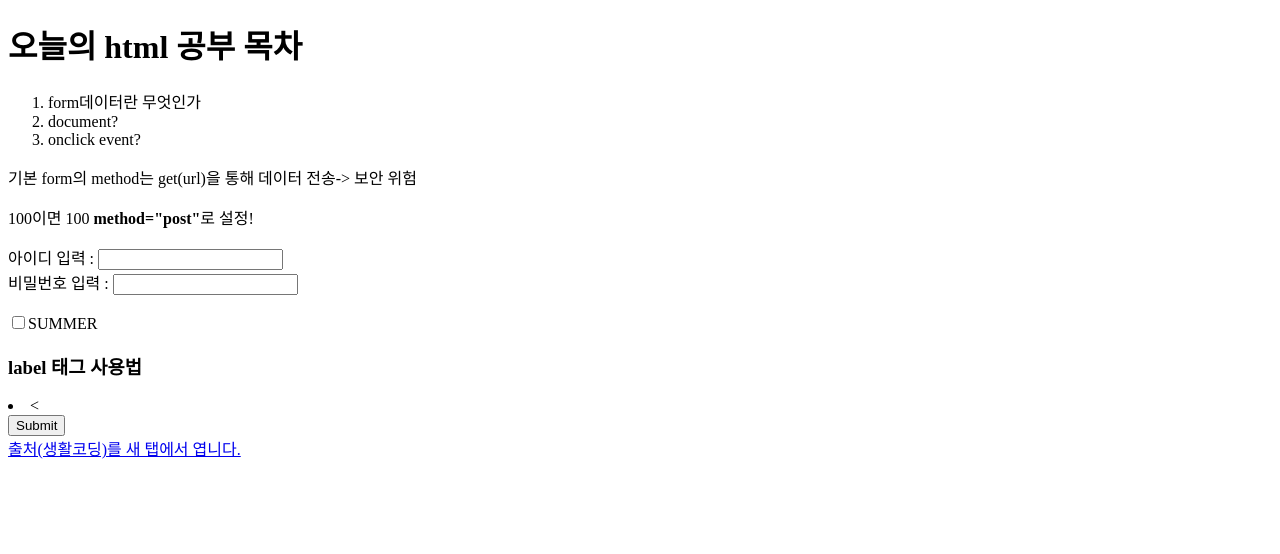
Repository: PareutPareut/frontend
Page: markDowns/study1129.html
These files come from the project's save history. The page is drawn as it stood at one moment and after the next save; the edit follows.
The browser window is 1280 px wide. The pictures show the whole page.

Above is the page before, as saved 2023-11-29 15:00:34.

After the next save:
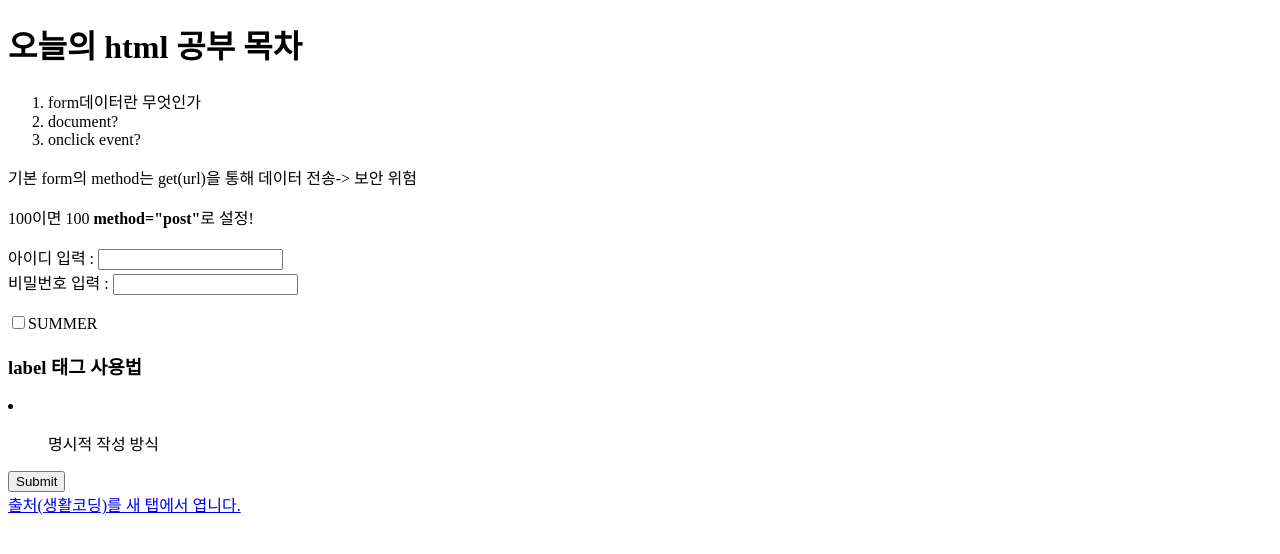
Saved 59 s later.
--- a/markDowns/study1129.html
+++ b/markDowns/study1129.html
@@ -39,7 +39,8 @@
             <div>
                 <h3>label 태그 사용법</h3>
                 <li>
-                    <
+                    <ul>명시적 작성 방식</ul>
+
                 </li>
             </div>
 
